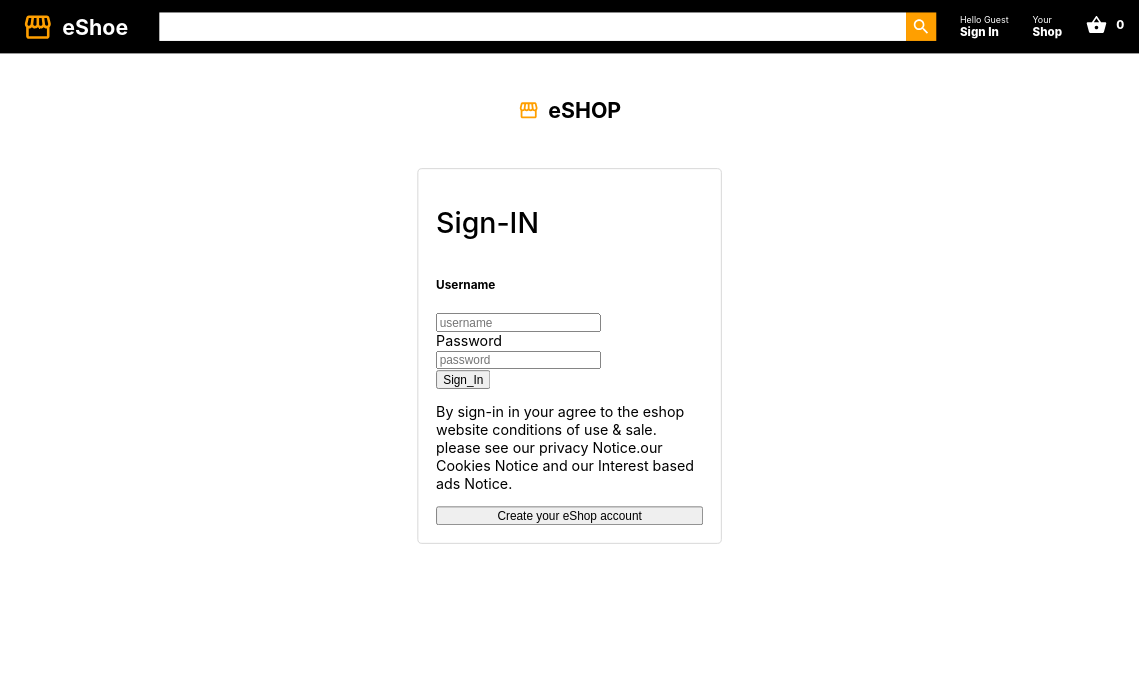
Repository: sandeepreddyvitta/react
Page: /login (app in eshop/)
The author's editor kept a copy of each file at every save. The page is drawn from the files as they stood at one save, then again after the next save.
The browser window is 1280 px wide. The pictures show the whole page, at 89% of full size.
The project was rebuilt for these pictures with package versions that can differ from the ones it lists, and the page was loaded fresh each time. Also part of the build but not shown: eshop/src/components/products/product.scss, eshop/src/components/products/Product.js, eshop/src/components/home/home.scss, eshop/src/components/home/Home.js, eshop/src/components/checkOut/checkout.scss, eshop/src/components/checkOut/checkoutproduct.scss, eshop/src/components/checkOut/CheckOutProduct.js, eshop/src/components/checkOut/subtotal.scss and 2 more.

Above is the page before, as saved 2022-12-07 11:45:02.

### eshop/public/index.html
<!DOCTYPE html>
<html lang="en">

<head>
  <meta charset="utf-8" />
  <link rel="icon" href="%PUBLIC_URL%/favicon.ico" />
  <meta name="viewport" content="width=device-width, initial-scale=1" />
  <meta name="theme-color" content="#000000" />
  <meta name="description" content="Web site created using create-react-app" />
  <link rel="apple-touch-icon" href="%PUBLIC_URL%/logo192.png" />
  <!--
      manifest.json provides metadata used when your web app is installed on a
      user's mobile device or desktop. See https://developers.google.com/web/fundamentals/web-app-manifest/
    -->
  <link rel="manifest" href="%PUBLIC_URL%/manifest.json" />

  <!--
      Notice the use of %PUBLIC_URL% in the tags above.
      It will be replaced with the URL of the `public` folder during the build.
      Only files inside the `public` folder can be referenced from the HTML.

      Unlike "/favicon.ico" or "favicon.ico", "%PUBLIC_URL%/favicon.ico" will
      work correctly both with client-side routing and a non-root public URL.
      Learn how to configure a non-root public URL by running `npm run build`.
    -->
  <title>eShop</title>
</head>

<body>
  <noscript>You need to enable JavaScript to run this app.</noscript>
  <div id="root"></div>
  <!--
      This HTML file is a template.
      If you open it directly in the browser, you will see an empty page.

      You can add webfonts, meta tags, or analytics to this file.
      The build step will place the bundled scripts into the <body> tag.

      To begin the development, run `npm start` or `yarn start`.
      To create a production bundle, use `npm run build` or `yarn build`.
    -->
</body>

</html>

### eshop/src/index.js
import React from 'react';
import ReactDOM from 'react-dom/client';
import './index.css';
import App from './App';
import reportWebVitals from './reportWebVitals';
import reducer, { initialState } from './components/data/reducer';
import { StateProvider } from './components/data/StateProvider';

const root = ReactDOM.createRoot(document.getElementById('root'));
root.render(
  <React.StrictMode>
    <StateProvider initialState={initialState} reducer={reducer}>
      <App />
    </StateProvider>
  </React.StrictMode>
);


reportWebVitals();

### eshop/src/App.js
import React, { Children } from 'react'
import Home from './components/home/Home';
import NavBar from './components/navbar/NavBar';
import CheckOut from './components/checkOut/CheckOut'
import { createBrowserRouter, RouterProvider, Route, Outlet } from 'react-router-dom'
import Login from './components/login/Login';


function App() {
  const Layout = () => {
    return (
      <div>
        <NavBar />
        <>
          <Outlet />
        </>
      </div>
    )
  }

  const router = createBrowserRouter([
    {
      path: "/",
      element: <Layout />,
      children: [
        {
          path: '/',
          element: <Home />
        },
        {
          path: "/checkout",
          element: <CheckOut />
        },
        {
          path: '/login',
          element: <Login />
        }
      ]
    },
  ])
  return (
    <div className="App">
      <RouterProvider router={router} />
    </div>
  );
}

export default App;

### eshop/src/components/data/reducer.js
export const initialState = {
    basket: [],
};

export const getTotalAmount = (basket) => {
    console.log(basket)
    return (basket?.reduce((amount, item) => item.price + amount, 0));
}
const reducer = (state = initialState, action) => {
    switch (action.type) {
        case "Add_To_Basket":
            return {
                ...state, basket: [...state.basket, action.item],
            }
        case "Remove_To_Basket":
            const index = state.basket.findIndex(basketitem => basketitem.id === action.id);
            let newBasket = [...state.basket];
            if (index >= 0) {
                newBasket.splice(index, 1);
            }
            else {
                console.warn(`can't remove product id ${action.id} `)
            }
            return {
                ...state, basket: newBasket,
            }
        default:
            return { ...state }
    }
}

export default reducer;

### eshop/src/components/data/StateProvider.js
import React, { createContext, useContext, useReducer } from 'react'

export const StateContext = createContext();

export const StateProvider = ({ reducer, initialState, children }) => (
    <StateContext.Provider value={useReducer(reducer, initialState)}>
        {children}
    </StateContext.Provider>
);

export const useStateValue = () => useContext(StateContext);

### eshop/src/components/navbar/NavBar.js
import './navbar.scss'
import ShoppingBasketIcon from '@mui/icons-material/ShoppingBasket';
import StorefrontIcon from '@mui/icons-material/Storefront';
import SearchIcon from '@mui/icons-material/Search';
import { Link } from 'react-router-dom'
import { useStateValue } from '../data/StateProvider';
const NavBar = () => {
    const [{ basket }, dispatch] = useStateValue();
    return (
        <div className='navBar'>
            <Link to='/' style={{ textDecoration: "none" }}>
                <div className='headerLogo'>
                    <StorefrontIcon fontSize='large' className='storeIcon' />
                    <h2 className="title">eShoe</h2>
                </div>

            </Link>
            <div className='searchBar'>
                <input type="text" className='searchBarInput' />
                <SearchIcon className='searchIcon' />
            </div>
            <div className='userItems'>
                <Link to='/login' style={{ textDecoration: "none" }}>
                    <div className='headerItem'>
                        <span className='nav_itemOne'>Hello Guest</span>
                        <span className='nav_itemTwo'>Sign In</span>
                    </div>
                </Link>
                <div className='headerItem'>
                    <span className='nav_itemOne'>Your</span>
                    <span className='nav_itemTwo'>Shop</span>
                </div>
                <div className='headerItem'>
                    <Link to="/checkout" style={{ textDecoration: "none" }}>
                        <div className='basket'>
                            <ShoppingBasketIcon className='basketIcon' />
                            <span className='nav_itemTwo'>{basket.length}</span>
                        </div>
                    </Link>
                </div>
            </div>
        </div >
    )
}

export default NavBar

### eshop/src/components/login/Login.js
import { StorefrontOutlined } from '@material-ui/icons';
import { useState } from 'react'
import { Link } from 'react-router-dom';
import './login.scss'

const Login = () => {
    const [userName, setUserName] = useState('');
    const [password, setPassword] = useState('');
    return (
        <div className='login'>
            <Link to='/' style={{ textDecoration: "none" }}>
                <div className='logo'>
                    <StorefrontOutlined className='icon' fontsize='large' />
                    <h2 className='title'>eSHOP</h2>
                </div>
            </Link>
            <div className='loginContainer'>
                <h1 style={{ fontWeight: "500", marginBottom: "20px" }}>Sign-IN</h1>
                <form>
                    <h5>Username</h5>
                    <input type="text" value={userName} name="userName" onChange={e => setUserName(e.target.value)} placeholder="username" /><br />
                    <label>Password</label><br />
                    <input type="password" value={password} name="password" onChange={e => setPassword(e.target.value)} placeholder="password" /><br />
                    <button type="submit">Sign_In</button>
                </form>
                <p>
                    By sign-in in your agree to the eshop website conditions of use & sale.
                    please see our privacy Notice.our Cookies Notice and our Interest based ads Notice.
                </p>
                <button className='register'> Create your eShop account</button>
            </div>
        </div>
    )
}

export default Login

### eshop/src/components/navbar/navbar.scss
.navBar{
    height: 60px;
    display: flex;
    align-items: center;
    background-color: black;
    color: white;
    position: sticky;
    z-index: 2;
    top:0;
    .headerLogo{
        display: flex;
        flex:1;
        align-items:center;
        color:#ff9f00;
        margin: 0px 25px;
        .storeIcon{
            margin-right: 10px;
        }
        .title{
            text-decoration: none;
            color:white;
            border: 0;
        }
    }
    .searchBar{
        display: flex;
        flex:4;
        align-items:center;
        border-radius: 24px;
        margin: 0 10px;
        .searchBarInput{

            height: 12px;
            padding: 10px;
            border: none;
            width: 100%;
        }
        .searchIcon{
            height:22px;
            padding: 5px;
            background-color:#ff9f00;
            cursor: pointer;
        }
    }
    .userItems{
        display: flex;
        flex: 1;
        justify-content: space-evenly;
        .headerItem{
            display: flex;
            flex-direction: column;
            margin: 0px 10px;
            color:white;
            .nav_itemOne{
                font-size: 10px;
            }
            .nav_itemTwo{
                font-size: 13px;
                font-weight: 800;
            }
            .basket{
                display: flex;
                align-items:center;
                color:white;
                .basketIcon{
                    margin-right: 10px;
                }
            }
        }
    }
}

### eshop/src/components/login/login.scss
.login{
    display: flex;
    flex-direction: column;
    align-items:center;
    background-color: white;
    height: 100vh;
    .logo{
        display: flex;
        align-items: center;
        margin: 30px 0px;
        .icon{
            color:#ff9f00;
        }
        .title{
            color:black;
            margin-left: 10px;
        }
    }
    .loginContainer{
        display: flex;
        flex-direction: column;
        height: fit-content;
        width:300px;
        border:1px solid lightgray;
        border-radius: 5px;
        padding: 20px;
    }
}

Loaded but not shown: eshop/src/index.css (common file); eshop/src/reportWebVitals.js (common file)

After the next save:
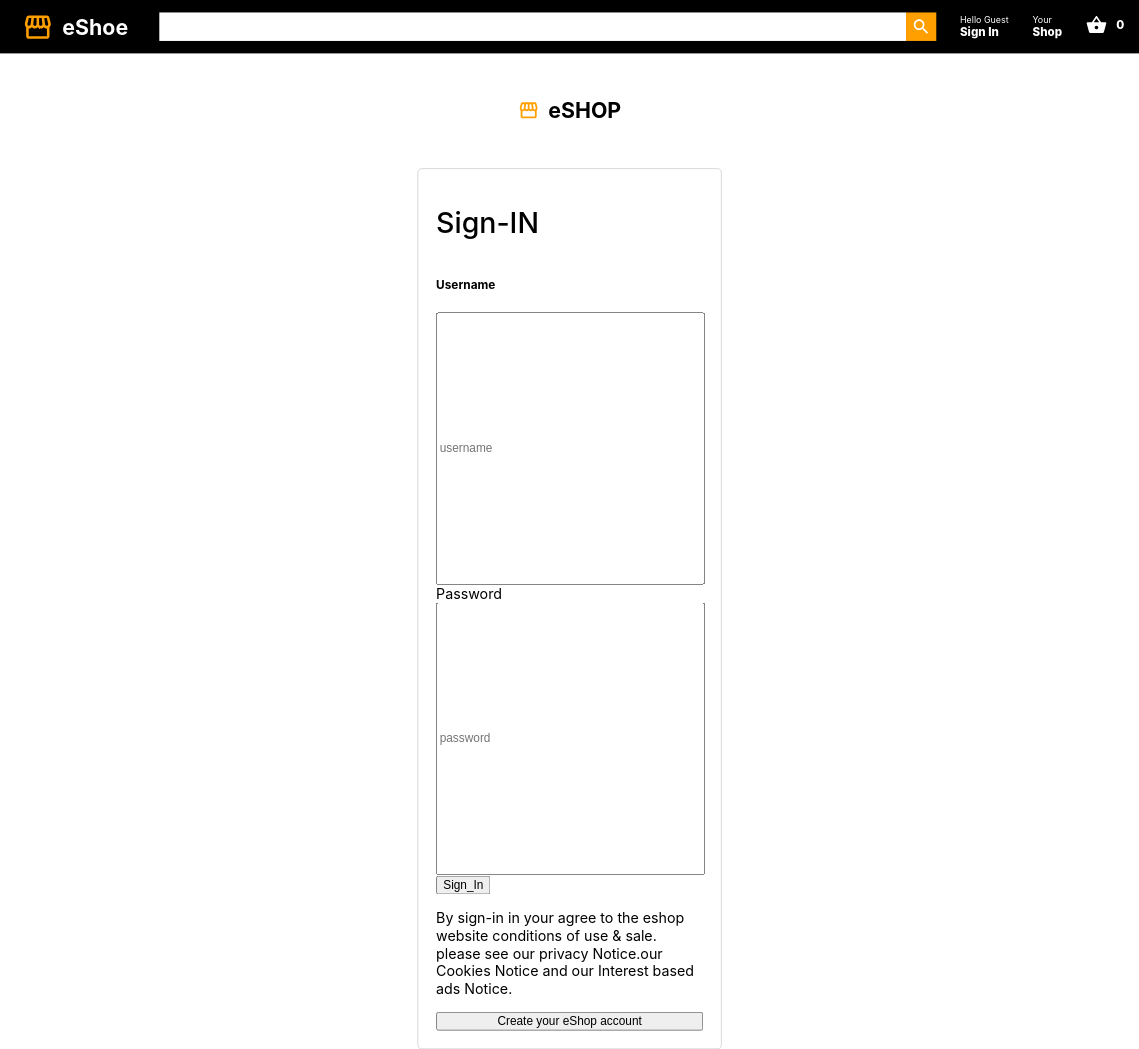
Saved 60 s later.
--- a/eshop/src/components/login/login.scss
+++ b/eshop/src/components/login/login.scss
@@ -24,5 +24,9 @@
         border:1px solid lightgray;
         border-radius: 5px;
         padding: 20px;
+        input{
+            height:300px;
+            width:98%;
+        }
     }
 }
